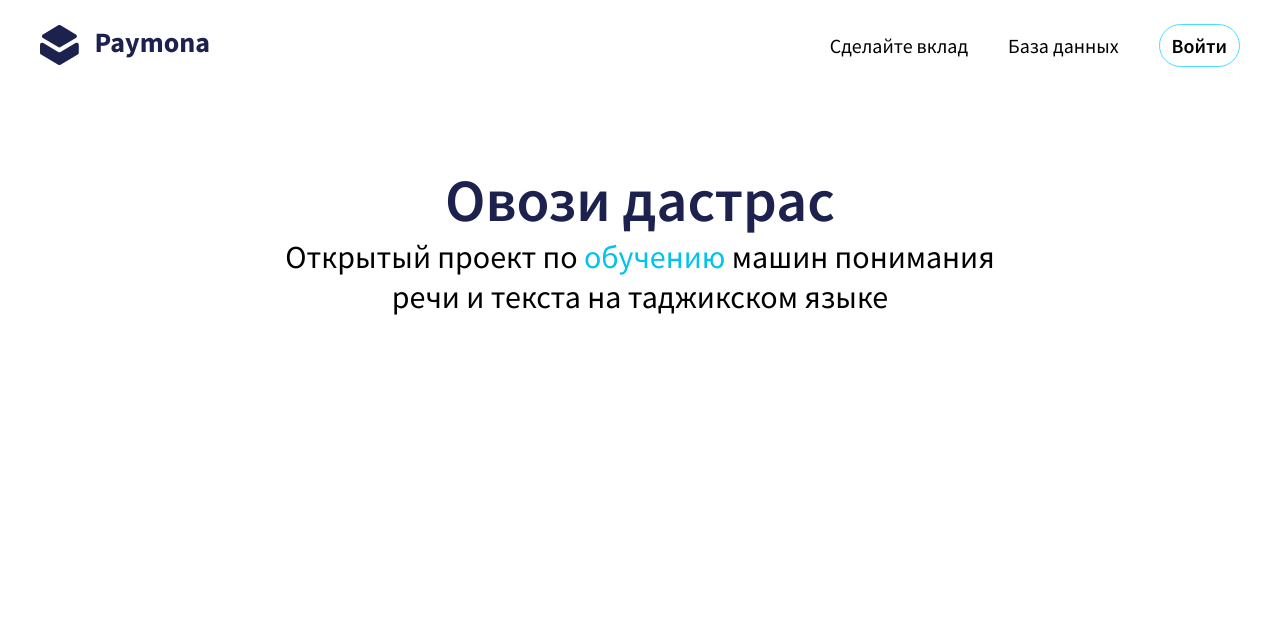
Repository: Amin444/Paymona-Sadp
Page: index.html
These files come from the project's save history. The page is drawn as it stood at one moment and after the next save; the edit follows.
The browser window is 1280 px wide. The pictures show the whole page.

Above is the page before, as saved 2021-11-11 14:26:45.

### index.html
<!DOCTYPE html>
<html lang="en">
<head>
  <meta charset="UTF-8">
  <link rel="stylesheet" href="./style.css">
  <meta http-equiv="X-UA-Compatible" content="IE=edge">
  <meta name="viewport" content="width=device-width, initial-scale=1.0">
  <title>Paymona Sado</title>
</head>
<body>

  <div class="root">
     <div class="header">
       <div class="logoBlock">
         <img src="./img/logo.svg" class="logo" alt="">
         <p class='textLogo'>Paymona</p>
       </div>

       <div class="menu">
          <div class="items">Сделайте вклад</div>
          <div class="items">База данных</div>
          <div class="items border">Войти</div>
       </div>

     </div>


     <div class="title">
        <h1>Овози дастрас</h1>
        <p class="desc">Открытый проект по <blue>обучению</blue> машин понимания <br> речи и текста на таджикском языке</p>
     </div>

  </div>

</body>
</html>

### style.css
@import url('https://fonts.googleapis.com/css2?family=Source+Sans+Pro:ital,wght@0,200;0,300;0,400;0,600;0,700;0,900;1,200;1,300;1,400;1,600;1,700;1,900&display=swap');

*{
  margin: 0;
  padding: 0;
  border: none;
  outline: none;
  font-family: 'Source Sans Pro', sans-serif;
  font-weight: 500;

}

.root{
  width: 100vw;
}
.header{
  height: 90px;
  padding: 0 40px;
  display: flex;
  align-items: center;
  justify-content: space-between;
}

.textLogo{
  color: #1D214E;
  font-weight: 700;
  font-size: 28px;
  line-height: 35px;
}

.logo{
  width: 40px;
  height: 40px;
}
.logoBlock{
  width:170px;
  display: flex;
  justify-content: space-between;
}
.menu{
  display: flex;
  gap: 40px;
  align-items: center;
  font-weight: 400;
  font-size: 20px;
  line-height:25px;
}
.items{
  cursor: pointer;
}
.border{
  padding: 8px 12px;
  border: 1px solid rgba(73, 222, 255, 1);
  border-radius: 50px;
  font-weight: 600;
}
.title{
  margin-top: 72px;
  display: flex;
  flex-direction: column;
  align-items: center;
}

h1{
  color: rgba(29, 33, 78, 1);
  font-weight: 600;
  font-size: 60px;
  line-height:75px;
}
.desc{
  font-weight: 400;
  font-size: 32px;
  text-align: center;
}
blue{
  color: rgba(3, 194, 236, 1);
}

### img/logo.svg
<svg width="24" height="24" viewBox="0 0 24 24" fill="none" xmlns="http://www.w3.org/2000/svg">
<path d="M23.2727 11.9119V16.6433C23.2731 16.8543 23.2169 17.0618 23.1094 17.2464C23.0019 17.4309 22.8466 17.5864 22.6582 17.6981L12.3229 23.8128C12.1153 23.9351 11.8758 24 11.6314 24C11.387 24 11.1475 23.9351 10.9399 23.8128L0.616444 17.6943C0.427833 17.5828 0.272261 17.4273 0.164406 17.2428C0.0565516 17.0583 -2.98523e-05 16.8507 1.18183e-08 16.6396V11.9119C-3.13489e-05 11.6902 0.0623511 11.4726 0.180679 11.2816C0.299007 11.0906 0.468973 10.9331 0.672954 10.8255C0.876934 10.7179 1.1075 10.6641 1.34075 10.6696C1.574 10.6752 1.80144 10.7399 1.99949 10.8571L10.9399 16.1535C11.1475 16.2758 11.387 16.3407 11.6314 16.3407C11.8758 16.3407 12.1153 16.2758 12.3229 16.1535L21.2653 10.8571C21.4634 10.7373 21.6918 10.6704 21.9264 10.6636C22.1611 10.6567 22.3934 10.71 22.5989 10.818C22.8043 10.9259 22.9754 11.0845 23.0939 11.277C23.2125 11.4695 23.2743 11.6888 23.2727 11.9119Z" fill="#1D214E"/>
<path d="M10.9383 13.2688L1.76081 7.81102C1.57388 7.69908 1.41986 7.54397 1.31312 7.36018C1.20638 7.17639 1.15039 6.96991 1.15039 6.76C1.15039 6.5501 1.20638 6.34361 1.31312 6.15982C1.41986 5.97603 1.57388 5.82093 1.76081 5.70898L10.9344 0.193005C11.1431 0.0669478 11.3854 0 11.6328 0C11.8802 0 12.1224 0.0669478 12.3312 0.193005L21.5107 5.70898C21.6976 5.82093 21.8516 5.97603 21.9584 6.15982C22.0651 6.34361 22.1211 6.5501 22.1211 6.76C22.1211 6.96991 22.0651 7.17639 21.9584 7.36018C21.8516 7.54397 21.6976 7.69908 21.5107 7.81102L12.3253 13.2688C12.1173 13.3921 11.877 13.4575 11.6318 13.4575C11.3866 13.4575 11.1463 13.3921 10.9383 13.2688Z" fill="#1D214E"/>
</svg>

After the next save:
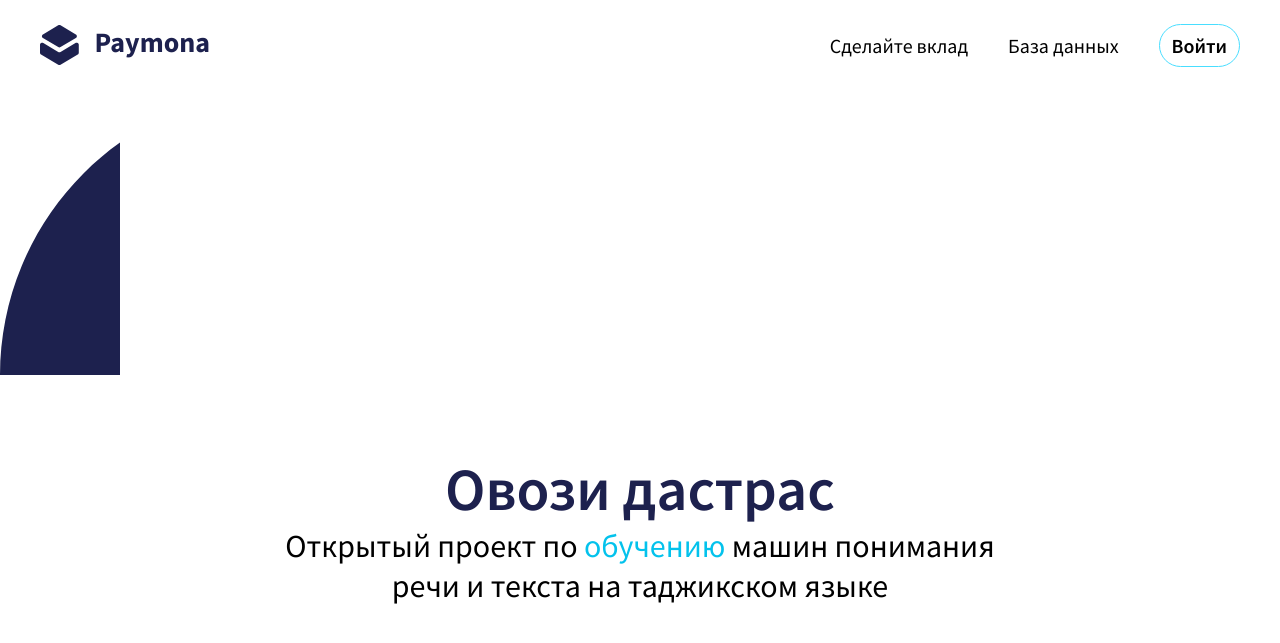
Saved 4 s later.
--- a/index.html
+++ b/index.html
@@ -24,6 +24,11 @@
 
      </div>
 
+      <div>
+        <svg width="120" height="285" viewBox="0 0 120 285" fill="none" xmlns="http://www.w3.org/2000/svg">
+          <path d="M285 -1.24577e-05C247.573 -1.08218e-05 210.513 7.37176 175.935 21.6943C141.357 36.0169 109.939 57.0099 83.4745 83.4746C57.0098 109.939 36.0169 141.357 21.6943 175.935C7.37172 210.513 -1.57297e-05 247.573 -1.24577e-05 285L285 285L285 -1.24577e-05Z" fill="#1D214E"/>
+          </svg>
+      </div>
 
      <div class="title">
         <h1>Овози дастрас</h1>
